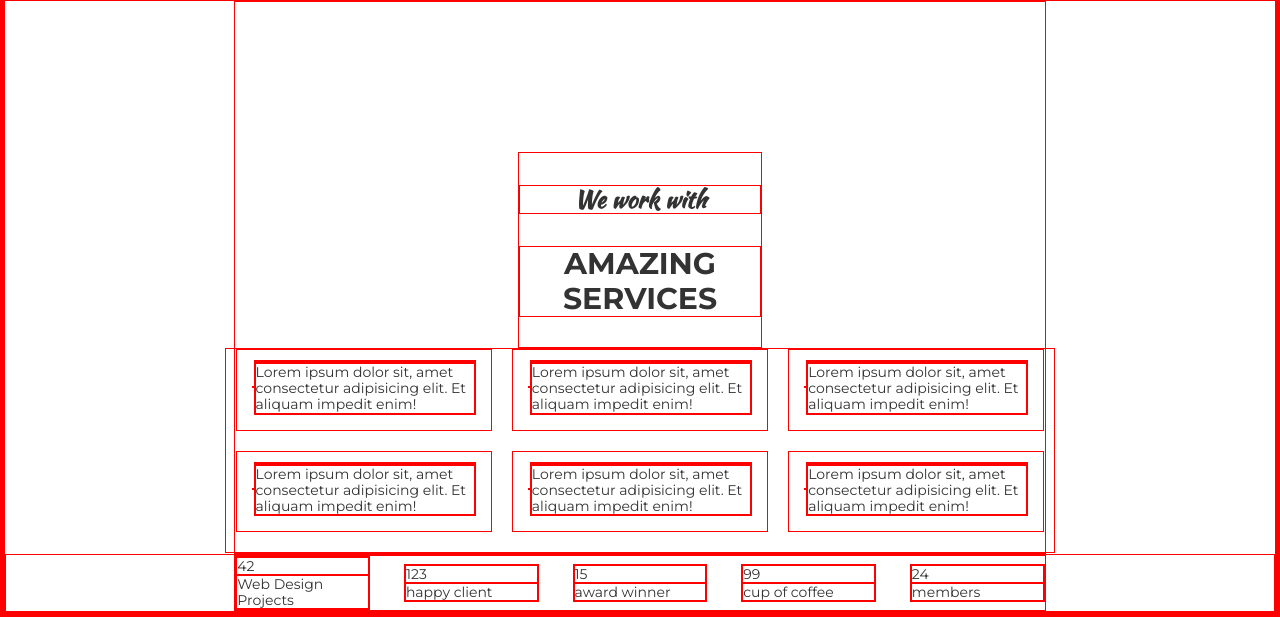
Repository: nataliiasaltan/Homework
Page: index.html
These files come from the project's save history. The page is drawn as it stood at one moment and after the next save; the edit follows.
The browser window is 1280 px wide. The pictures show the part of the page from y = 901 to 1518 px (the page is 1518 px tall before and 1484 px after).

Above is the page before, as saved 2020-02-27 10:23:55.

After the next save:
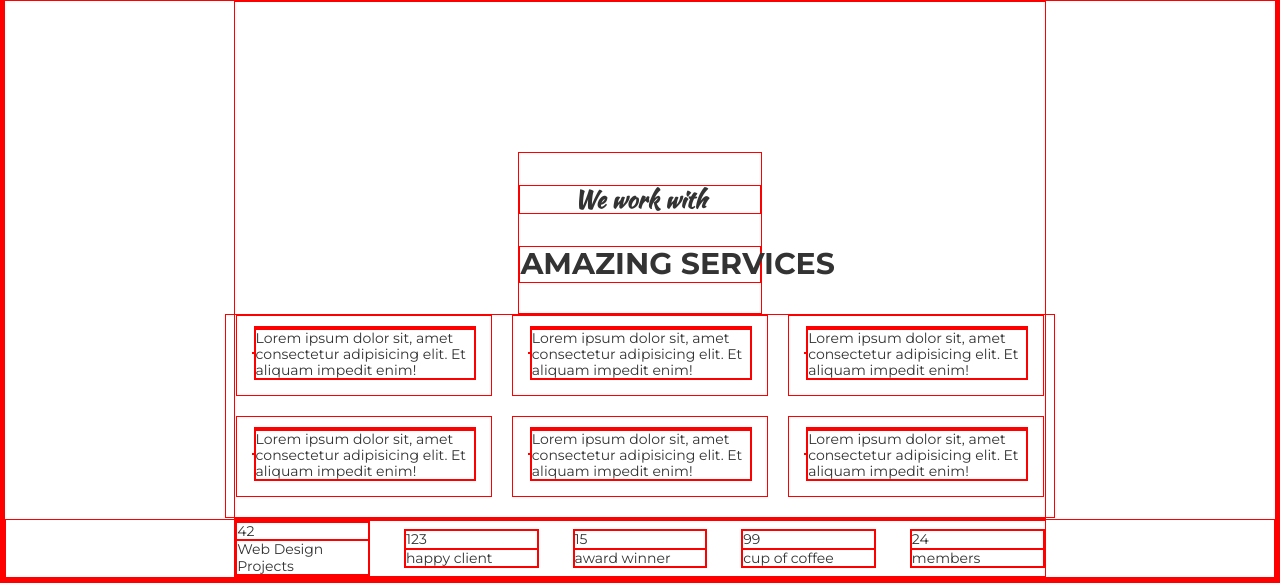
Saved 80 s later.
--- a/css/style.css
+++ b/css/style.css
@@ -226,5 +226,5 @@ h3{
     font-weight: 700;
     text-transform: uppercase;
     text-align: center;
-
-}
+    white-space: nowrap;
+}
